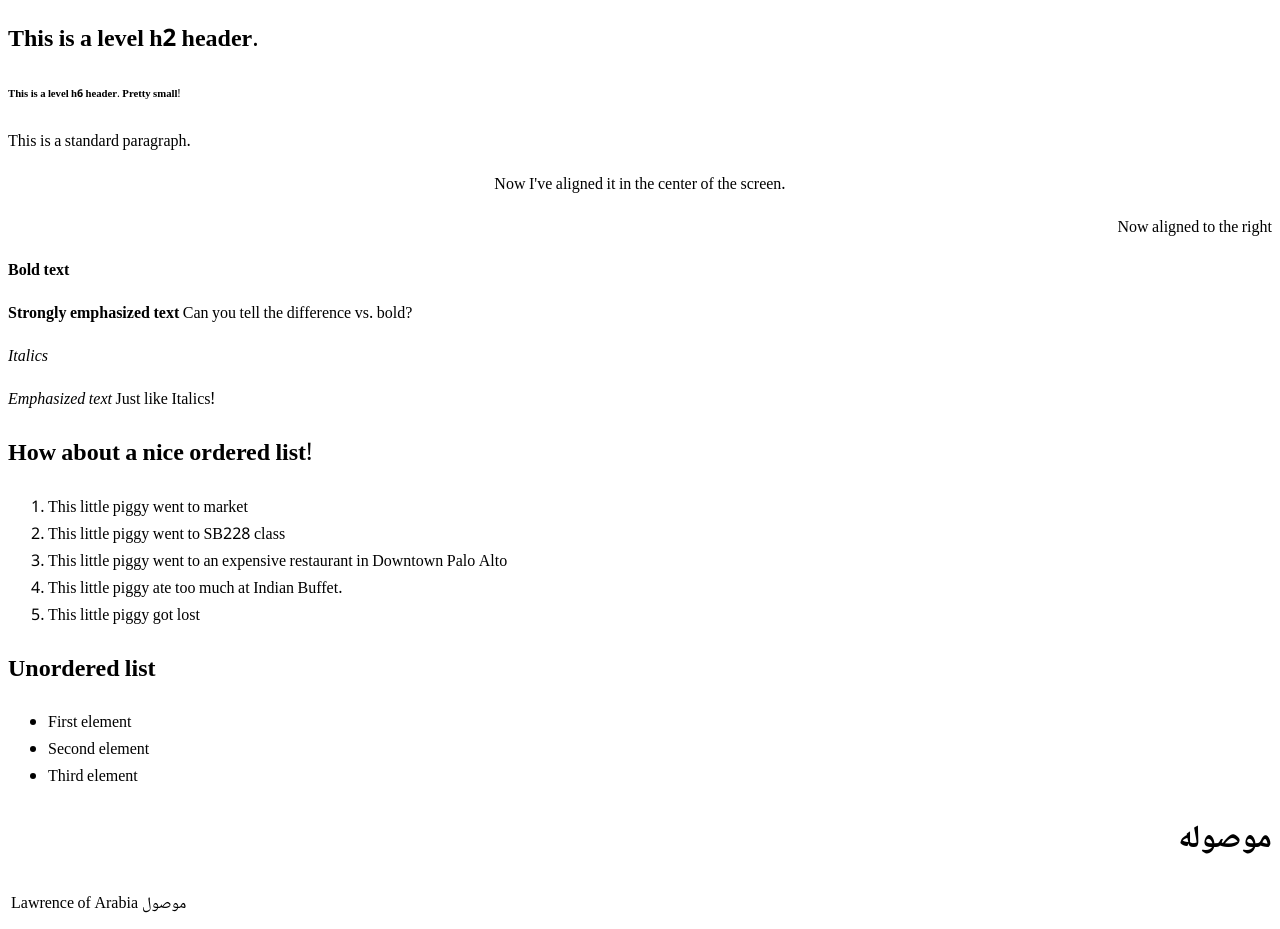
Repository: khanshakiil/ArabicHTMLToPDF
Page: HospitalFrontDesk/src/main/resources/html.html
These files come from the project's save history. The page is drawn as it stood at one moment and after the next save; the edit follows.
The browser window is 1280 px wide. The pictures show the whole page.

Above is the page before, as saved 2020-03-05 19:21:33.

After the next save:
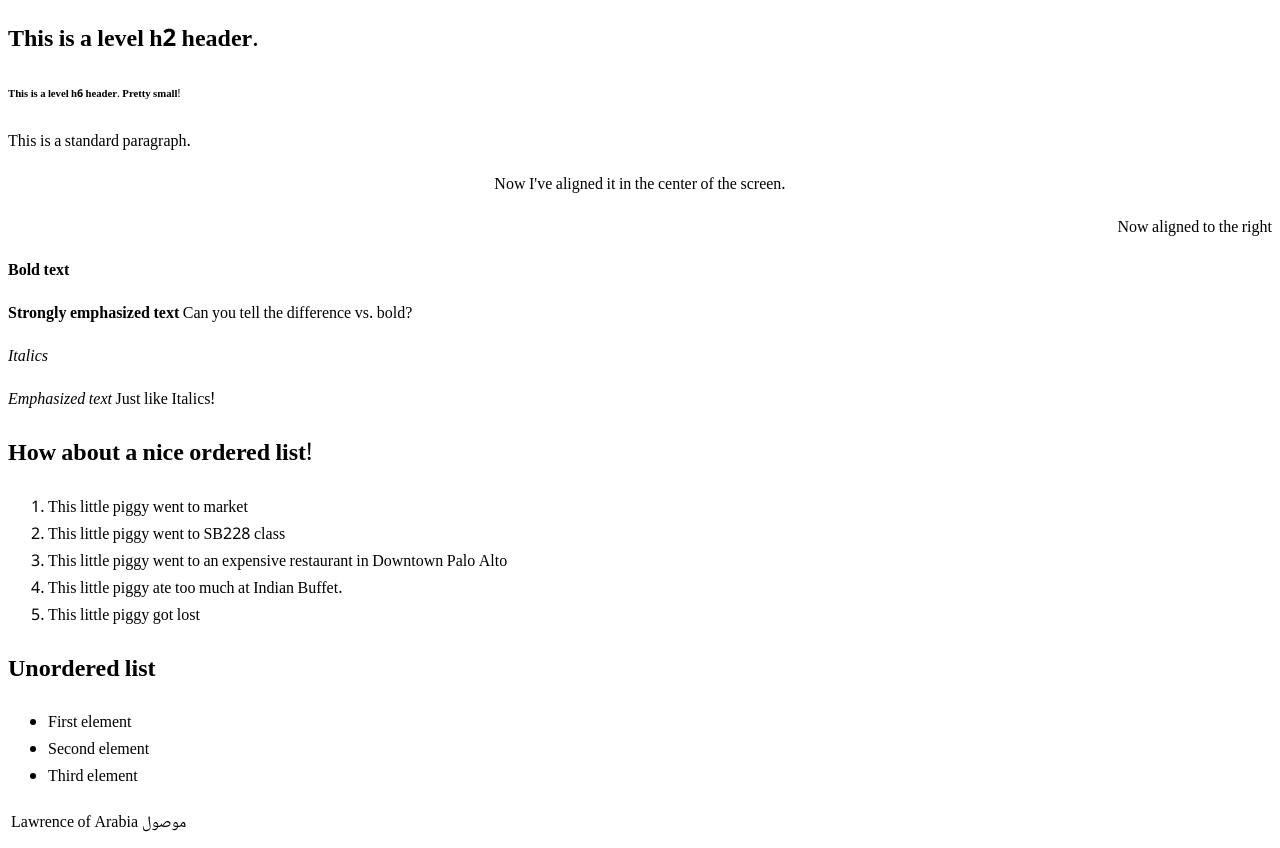
Saved 6 s later.
--- a/HospitalFrontDesk/src/main/resources/html.html
+++ b/HospitalFrontDesk/src/main/resources/html.html
@@ -47,7 +47,7 @@
 <td>Lawrence of Arabia</td>
 <td>موصول</td>
 </tr>
-<h1 dir="rtl" style="font-family: Noto Naskh Arabic">موصوله</h1>
+
 </table>
 </body>
 
